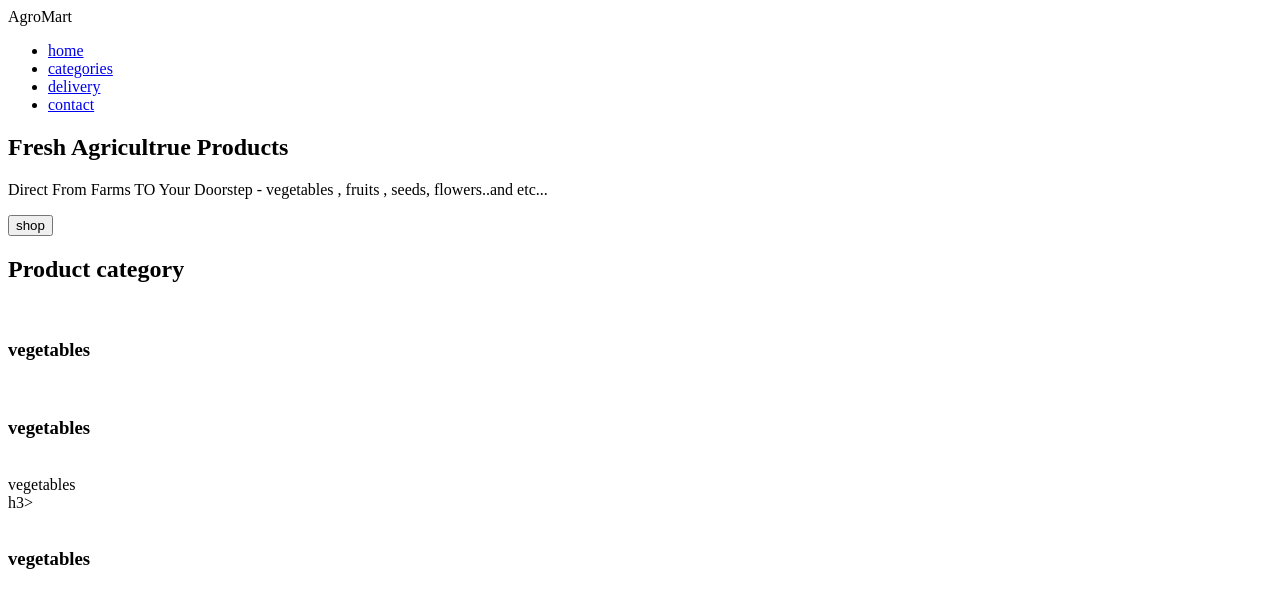
Repository: wingming07/Agro_mart
Page: index.html
These files come from the project's save history. The page is drawn as it stood at one moment and after a run of saves; the edit follows.
The browser window is 1280 px wide. The pictures show the whole page.

Above is the page before, as saved 2025-06-09 14:39:23.

After the next 2 saves:
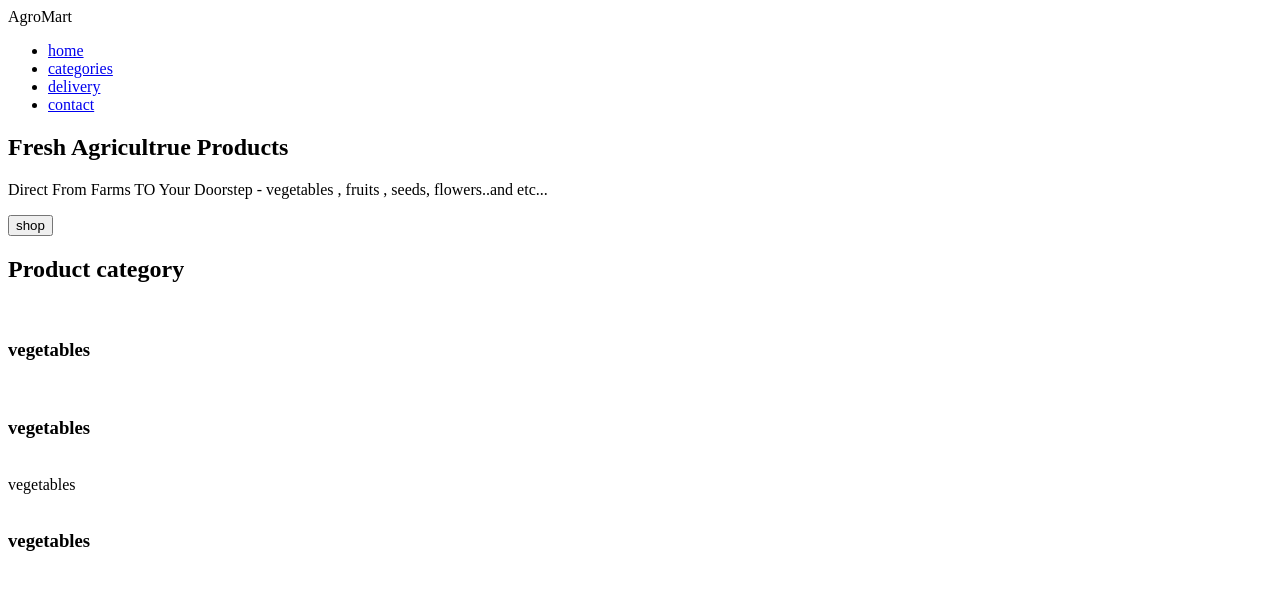
The 2 saves are shown as one change because they came seconds apart.
The last was saved 8 s later.
--- a/index.html
+++ b/index.html
@@ -37,7 +37,7 @@
                 </div>
                 <div class="category-card">
                     <img src="" alt=""/>
-                    <div>vegetables</div>h3>
+                    <div>vegetables</h3>
                 </div>
                 <div class="category-card">
                     <img src="" alt=""/>
